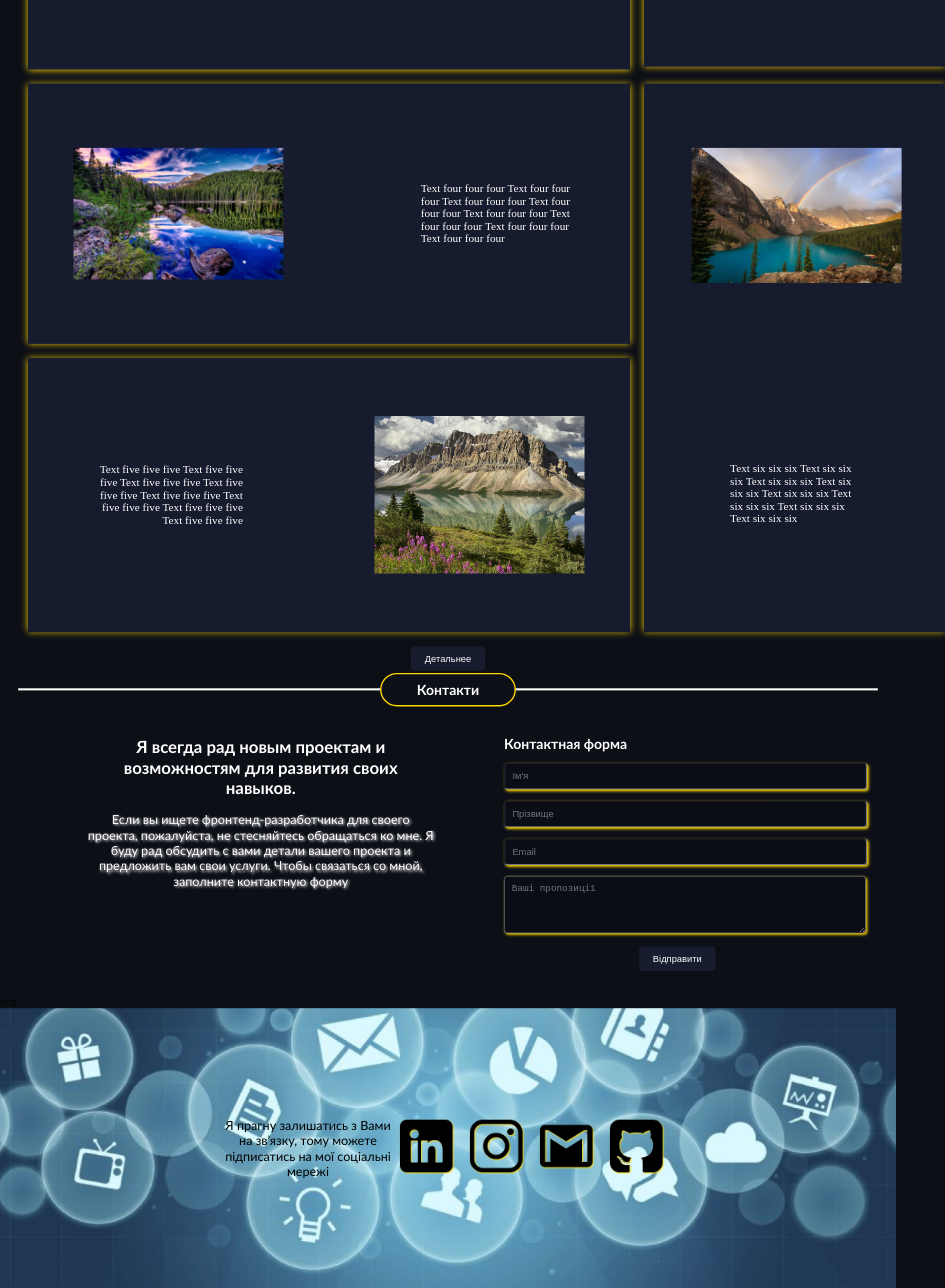
Repository: qtqqrdy13/cv-2
Page: index.html
An editor plug-in stored every save of this project. The page is shown before and after the next save, followed by the edit.
The browser window is 1280 px wide. The page is 1350 px wide, so the pictures cover 1350 px, including what lies to the right of the window. The pictures show the part of the page from y = 3646 to 5486 px (the page is 5486 px tall before and 5468 px after), at 70% of full size.

Above is the page before, as saved 2023-10-12 16:49:25.

After the next save:
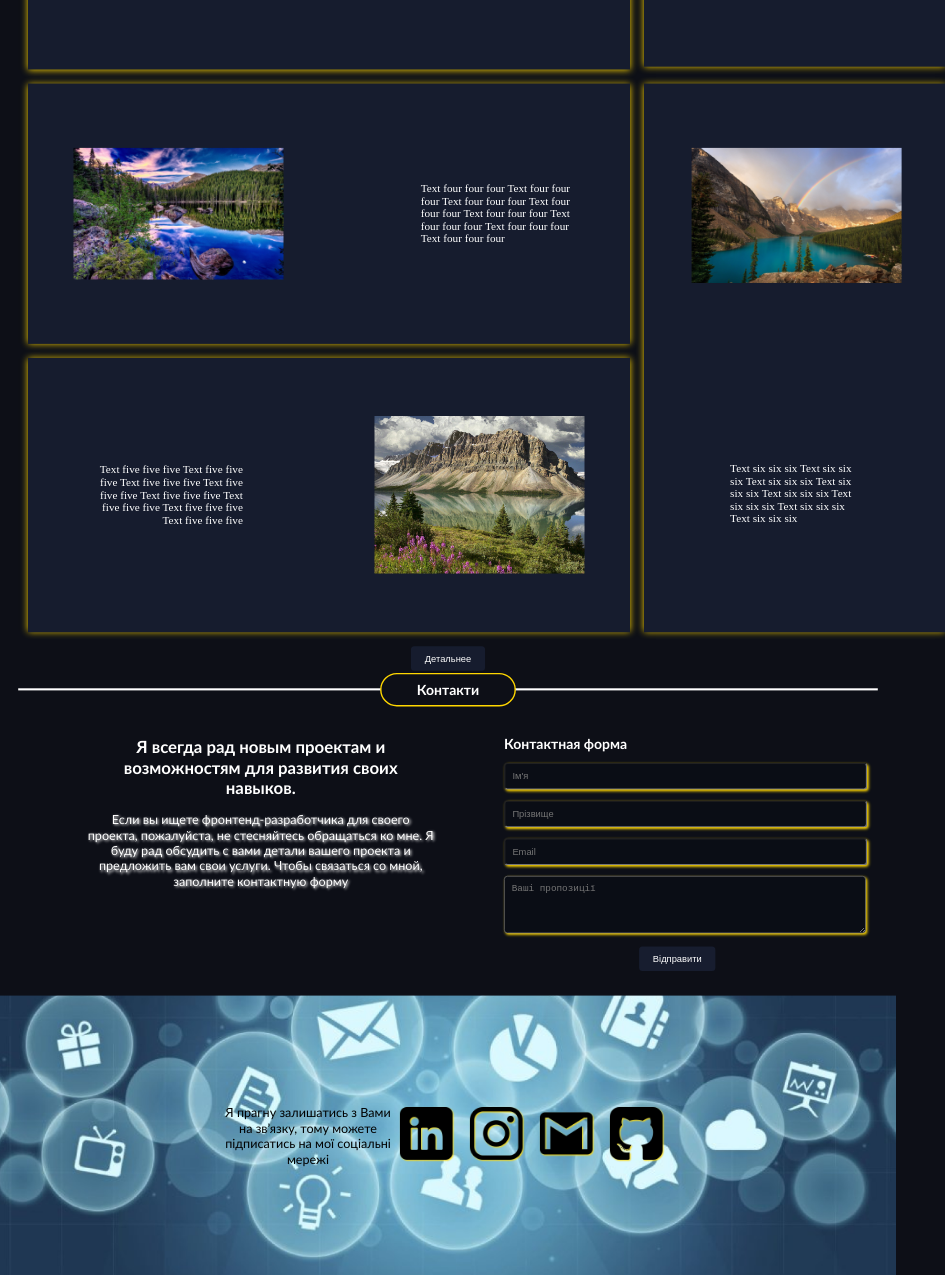
Saved 68 s later.
--- a/index.html
+++ b/index.html
@@ -213,10 +213,10 @@
                 </div>
             </form>
         </div>
-    </div>png
+    </div>
     <footer>
         <div class="social_icons">
-            <p>Я прагну залишатись з Вами на зв’язку, тому можете підписатись на мої соціальні мережі</p>
+            <div class="icons_text"><p>Я прагну залишатись з Вами на зв’язку, тому можете підписатись на мої соціальні мережі</p></div>
             <a href="" class="icon">
                 <img src="./image/icons/linkedin 1.png" alt="">
             </a>
--- a/main.css
+++ b/main.css
@@ -772,7 +772,7 @@ footer{
 
 
 }
-.social_icons p{
+.icons_text p{
     font-size:18px;
     text-align: center;
     font-family: 'Trebuchet MS', 'Lucida Sans Unicode', 'Lucida Grande', 'Lucida Sans', Arial, sans-serif;
